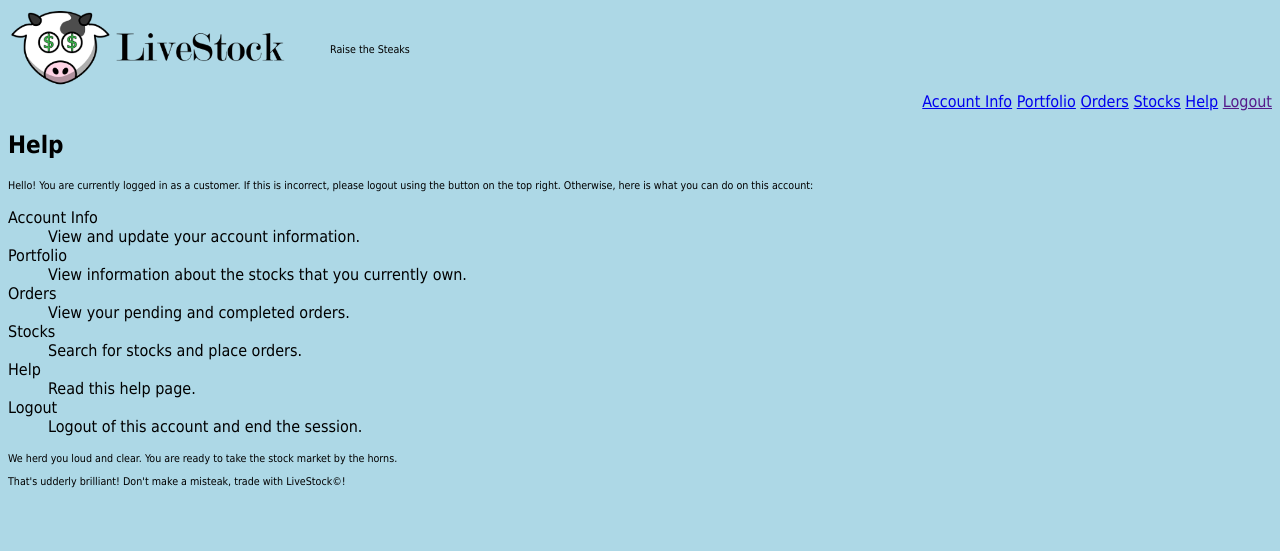
Repository: yastapova/live-stock
Page: http://localhost/LiveStockSite/WEB-INF/cust_help.jsp
An editor plug-in stored every save of this project. The page is shown before and after the next save, followed by the edit.
The browser window is 1280 px wide. The pictures show the whole page.
The page is served by Tomcat 9. Nobody is signed in. The template is opened directly, without the code that normally fills it, so the values that code supplies are empty.

Above is the page before, as saved 2016-04-15 22:15:28.

After the next save:
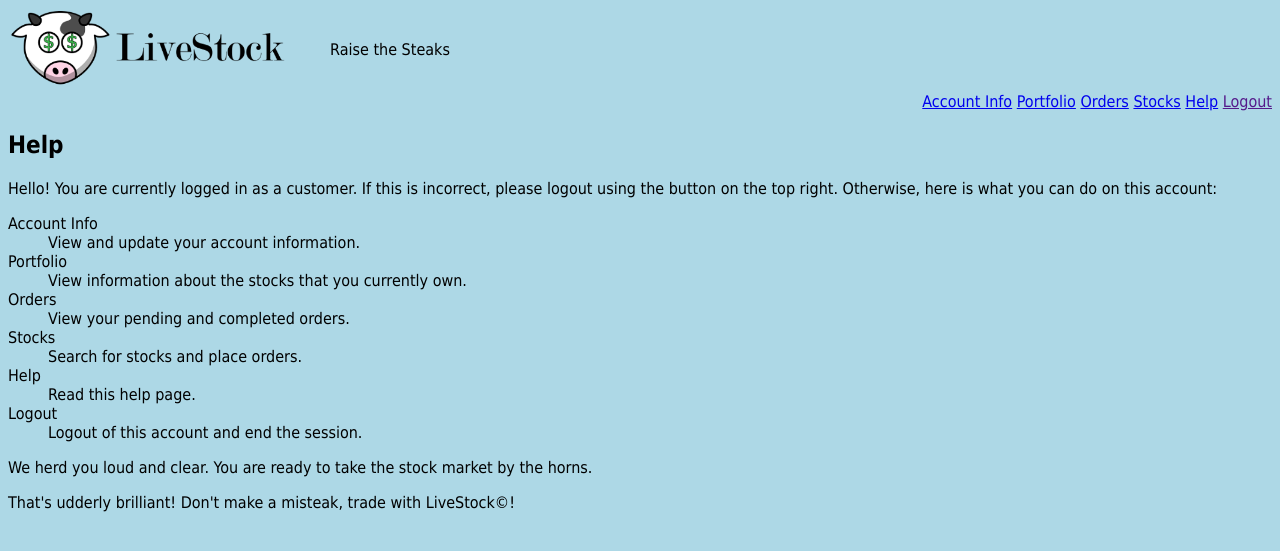
Saved 14 s later.
--- a/LiveStockSite/WebContent/WEB-INF/gen.css
+++ b/LiveStockSite/WebContent/WEB-INF/gen.css
@@ -13,6 +13,6 @@ body {
 .footer {
 	align: "center";
 }
-p {
+p.footer {
 	font-size: 8pt;
 }
